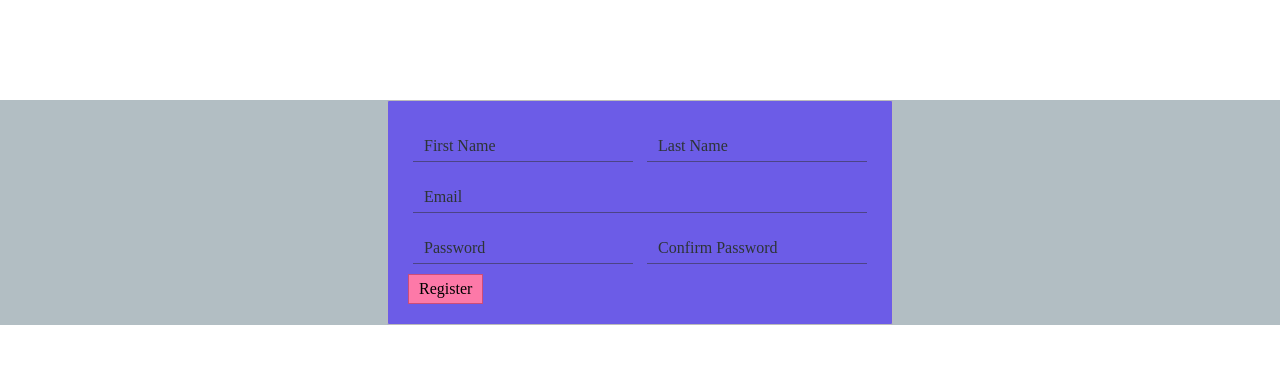
Repository: AMAmine89/vanilla-projects
Page: formo/index.html
These files come from the project's save history. The page is drawn as it stood at one moment and after the next save; the edit follows.
The browser window is 1280 px wide. The pictures show the whole page.

Above is the page before, as saved 2021-05-05 07:27:22.

After the next save:
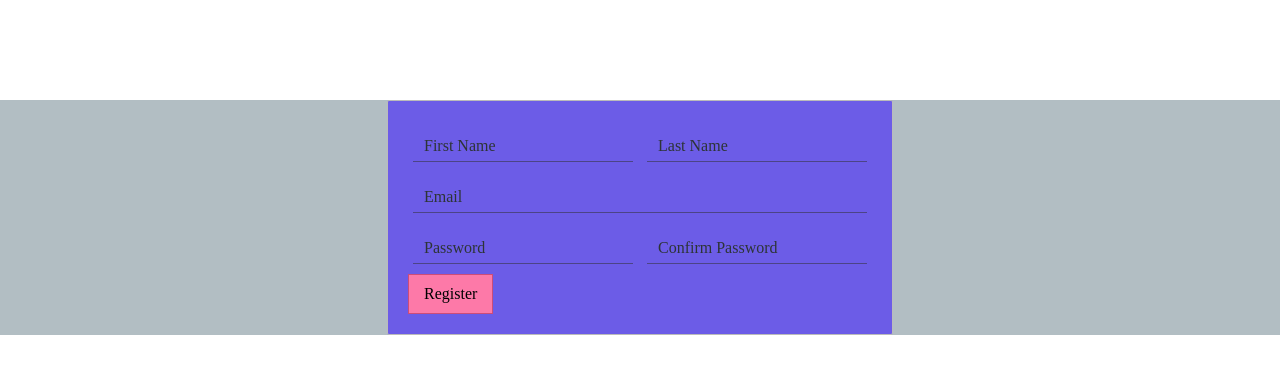
Saved 27 s later.
--- a/formo/style.css
+++ b/formo/style.css
@@ -61,10 +61,11 @@ input:not(input[type="submit"]):focus::after {
 }
 
 input[type="submit"] {
-    padding: 5px 10px;
+    padding: 10px 15px;
     background-color: #fd79a8;
     border: 1px solid #cc4c79;
     outline: none;
+
 }
 
 .first-name::before {
